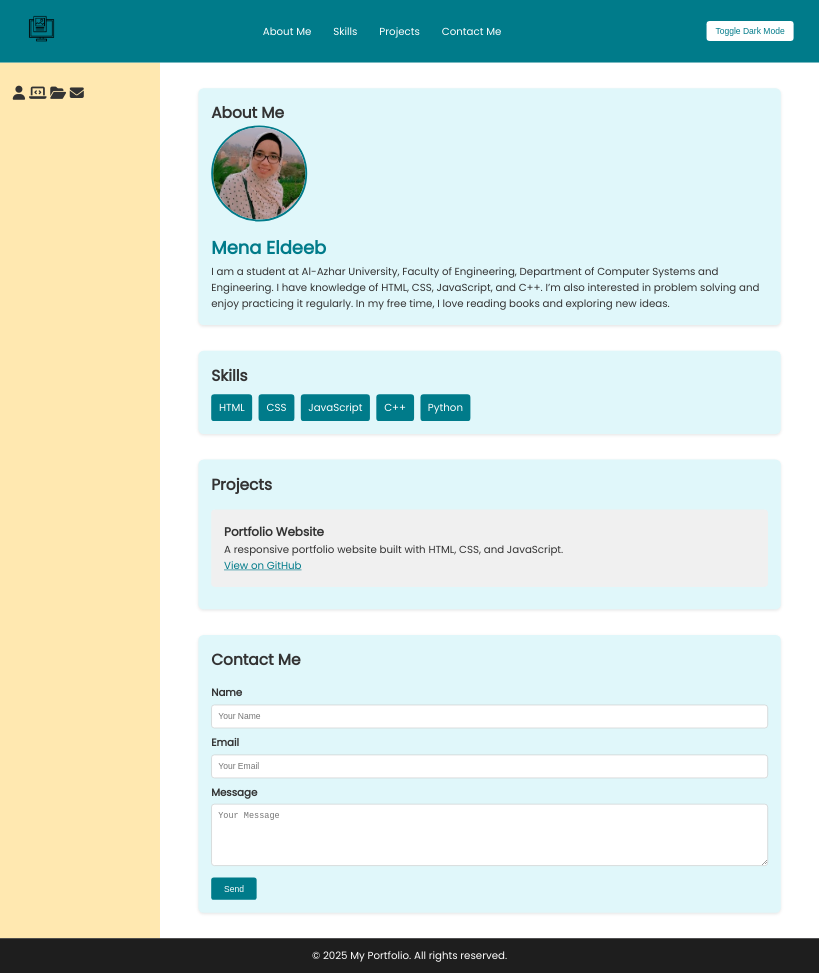
Repository: MenaEldeeb/My-Portfolio
Page: index.html
The author's editor kept a copy of each file at every save. The page is drawn from the files as they stood at one save, then again after the next save.
The browser window is 1280 px wide. The pictures show the whole page, at 64% of full size.
Some icons come from a web library that is not loaded, so they are not drawn.

Above is the page before, as saved 2025-07-16 21:37:23.

### index.html
<!DOCTYPE html>
<html lang="en">
<head>
  <meta charset="UTF-8" />
  <meta name="viewport" content="width=device-width, initial-scale=1" />
  <title>Mena Eldeeb</title>

  <!-- Google Font -->
  <link href="https://fonts.googleapis.com/css2?family=Poppins&display=swap" rel="stylesheet" />

  <!-- Font Awesome -->
  <link rel="stylesheet" href="https://cdnjs.cloudflare.com/ajax/libs/font-awesome/6.4.0/css/all.min.css" />
  <link rel="stylesheet" href="CSS/style.css">

  <meta name="description" content="Mena Eldeeb's personal portfolio showcasing web development skills and projects." />
</head>
<body>
  <div id="container">

    <!-- Header -->
    <header id="hd">
      <div class="logo">
        <img src="images/logo.png" alt="Logo" />
      </div>

      <nav class="nav-text">
        <a href="#about">About Me</a>
        <a href="#skills">Skills</a>
        <a href="#projects">Projects</a>
        <a href="#contact">Contact Me</a>
      </nav>

      <button id="theme-toggle">Toggle Dark Mode</button>
    </header>

    <!-- Sidebar -->
    <aside id="sd">
      <nav class="icon-nav">
        <a href="#about" title="About Me" aria-label="About Me"><i class="fas fa-user"></i></a>
        <a href="#skills" title="Skills" aria-label="Skills"><i class="fas fa-laptop-code"></i></a>
        <a href="#projects" title="Projects" aria-label="Projects"><i class="fas fa-folder-open"></i></a>
        <a href="#contact" title="Contact Me" aria-label="Contact Me"><i class="fas fa-envelope"></i></a>
      </nav>
    </aside>

    <!-- Main Content -->
    <main id="mn">
      <!-- About Me -->
      <section id="about">
        <h2>About Me</h2>
        <div class="about-content">
          <img src="images/Mena.jpg" alt="Mena Eldeeb" class="profile-img" />
          <div>
            <h1 class="my-name">Mena Eldeeb</h1>
            <p>
              I am a student at Al-Azhar University, Faculty of Engineering, Department of Computer Systems and Engineering.
              I have knowledge of HTML, CSS, JavaScript, and C++. I’m also interested in problem solving and enjoy practicing it regularly.
              In my free time, I love reading books and exploring new ideas.
            </p>
          </div>
        </div>
      </section>

      <!-- Skills -->
      <section id="skills">
        <h2>Skills</h2>
        <ul>
          <li>HTML</li>
          <li>CSS</li>
          <li>JavaScript</li>
          <li>C++</li>
          <li>Python</li>

        </ul>
      </section>

      <!-- Projects -->
      <section id="projects">
        <h2>Projects</h2>
        <div class="projects-container">
          <div class="project-card">
            <h3>Portfolio Website</h3>
            <p>A responsive portfolio website built with HTML, CSS, and JavaScript.</p>
            <a href="https://github.com/MenaEldeeb/My-PORTOFOLIO.git" target="_blank" rel="noopener noreferrer">View on GitHub</a>
          </div>
        </div>
      </section>

      <!-- Contact Me -->
      <section id="contact">
        <h2>Contact Me</h2>

        <div class="contact-info">

        </div>

        <form id="contact-form" method="POST" action="https://formsubmit.co/menaeldeeb98@gmail.com">
          <!-- Disable captcha -->
          <input type="hidden" name="_captcha" value="false" />
          <!-- You can add other hidden inputs for formsubmit if needed -->

          <label for="name">Name</label>
          <input type="text" id="name" name="name" placeholder="Your Name" required />

          <label for="email">Email</label>
          <input type="email" id="email" name="email" placeholder="Your Email" required />

          <label for="message">Message</label>
          <textarea id="message" name="message" placeholder="Your Message" rows="5" required></textarea>

          <button type="submit">Send</button>
        </form>

        <p id="form-status" style="color: green; margin-top: 10px; display: none;"></p>
      </section>
    </main>

    <!-- Footer -->
    <footer id="ft">
      &copy; 2025 My Portfolio. All rights reserved.
    </footer>
  </div>

  <script>
    // Dark Mode Toggle
    const toggleBtn = document.getElementById('theme-toggle');
    toggleBtn.addEventListener('click', () => {
      document.body.classList.toggle('dark-mode');
    });

    // Handle form submission with fetch to prevent page reload
    const form = document.getElementById('contact-form');
    const status = document.getElementById('form-status');

    form.addEventListener('submit', e => {
      e.preventDefault();

      const formData = new FormData(form);

      fetch(form.action, {
        method: 'POST',
        body: formData,
        headers: {
          'Accept': 'application/json'
        }
      }).then(response => {
        if (response.ok) {
          status.style.color = 'green';
          status.textContent = 'Thank you! Your message has been sent.';
          status.style.display = 'block';
          form.reset();
        } else {
          return response.json().then(data => {
            if (Object.hasOwn(data, 'errors')) {
              status.style.color = 'red';
              status.textContent = data["errors"].map(error => error.message).join(", ");
            } else {
              status.style.color = 'red';
              status.textContent = 'Oops! There was a problem submitting your form';
            }
            status.style.display = 'block';
          });
        }
      }).catch(error => {
        status.style.color = 'red';
        status.textContent = 'Oops! There was a problem submitting your form';
        status.style.display = 'block';
      });
    });
  </script>
</body>
</html>

### CSS/style.css
/* ========== Reset ========== */
* {
  margin: 0;
  padding: 0;
  box-sizing: border-box;
}

/* ========== Global Styles ========== */
body {
  font-family: 'Poppins', sans-serif;
  background-color: #f5f7fa;
  color: #333;
  line-height: 1.6;
}

/* ========== Layout ========== */
#container {
  display: grid;
  grid-template-areas:
    "hd"
    "mn"
    "sd"
    "ft";
  grid-template-columns: 1fr;
  grid-template-rows: auto;
  min-height: 100vh;
}

/* ========== Header ========== */
#hd {
  grid-area: hd;
  background-color: #007b8a;
  color: white;
  display: flex;
  justify-content: space-between;
  align-items: center;
  flex-wrap: wrap;
  padding: 20px;
}

.logo img {
  height: 50px;
}

.nav-text a {
  color: white;
  text-decoration: none;
  margin: 0 15px;
  font-weight: 500;
  transition: color 0.3s;
}

.nav-text a:hover {
  color: #ffd580;
}

#theme-toggle {
  background-color: white;
  color: #007b8a;
  border: none;
  padding: 8px 14px;
  border-radius: 5px;
  cursor: pointer;
  transition: background 0.3s;
}

#theme-toggle:hover {
  background-color: #eee;
}

/* ========== Sidebar ========== */
#sd {
  grid-area: sd;
  background-color: #ffe8b0;
  display: flex;
  justify-content: center;
  gap: 20px;
  padding: 20px;
  font-size: 20px;
}

.icon-nav a {
  color: #333;
  transition: color 0.3s;
}

.icon-nav a:hover {
  color: #007b8a;
}

/* ========== Main Content ========== */
#mn {
  grid-area: mn;
  padding: 30px 20px;
  background-color: #fff;
}

/* ========== Section Styling (About, Skills, Projects, Contact) ========== */
#about, #skills, #projects, #contact {
  background-color: #e0f7fa;
  border-radius: 8px;
  padding: 20px;
  margin-bottom: 40px;
  box-shadow: 0 2px 5px rgba(0,0,0,0.1);
}

#contact {
  margin-bottom: 0;
}

/* ========== About ========== */
.about-content {
  display: flex;
  gap: 20px;
  align-items: center;
  flex-wrap: wrap;
}

.profile-img {
  width: 150px;
  height: 150px;
  border-radius: 50%;
  object-fit: cover;
  border: 3px solid #007b8a;
}

.my-name {
  font-size: 28px;
  color: #007b8a;
}

/* ========== Skills ========== */
#skills ul {
  list-style: none;
  display: flex;
  flex-wrap: wrap;
  gap: 10px;
  margin-top: 10px;
}

#skills li {
  background-color: #007b8a;
  color: white;
  padding: 8px 12px;
  border-radius: 5px;
}

/* ========== Projects ========== */
.projects-container {
  margin-top: 20px;
}

.project-card {
  background-color: #f0f0f0;
  padding: 20px;
  border-radius: 6px;
  margin-bottom: 15px;
}

.project-card a {
  color: #007b8a;
  text-decoration: underline;
}

/* ========== Contact ========== */
.contact-info p {
  margin-bottom: 5px;
  font-weight: 500;
}

form {
  margin-top: 20px;
}

form label {
  display: block;
  margin-bottom: 5px;
  font-weight: bold;
}

form input,
form textarea {
  width: 100%;
  padding: 10px;
  margin-bottom: 10px;
  border: 1px solid #ccc;
  border-radius: 5px;
}

form button {
  background-color: #007b8a;
  color: white;
  padding: 10px 20px;
  border: none;
  border-radius: 4px;
  cursor: pointer;
}

form button:hover {
  background-color: #005f6b;
}

/* ========== Footer ========== */
#ft {
  grid-area: ft;
  background-color: #1e1e1e;
  color: white;
  text-align: center;
  padding: 15px 0;
}

/* ========== Dark Mode ========== */
body.dark-mode {
  background-color: #121212;
  color: #f1f1f1;
}

body.dark-mode #hd,
body.dark-mode #ft {
  background-color: #1e1e1e;
  color: #f1f1f1;
}

body.dark-mode #mn {
  background-color: #1a1a1a;
}

body.dark-mode #about,
body.dark-mode #skills,
body.dark-mode #projects,
body.dark-mode #contact {
  background-color: #2a2a2a;
  box-shadow: none;
}

body.dark-mode .project-card {
  background-color: #3a3a3a;
  border-color: #555;
}

body.dark-mode form input,
body.dark-mode form textarea {
  background-color: #333;
  color: white;
  border: 1px solid #555;
}

body.dark-mode .nav-text a,
body.dark-mode .icon-nav a {
  color: #90caf9;
}

/* ========== Responsive Design ========== */

/* Small screens — Mobile */
@media (max-width: 768px) {
  #hd {
    flex-direction: column;
    gap: 10px;
    text-align: center;
  }

  .about-content {
    flex-direction: column;
    text-align: center;
  }

  #skills ul {
    justify-content: center;
  }

  #sd {
    flex-wrap: wrap;
  }
}

/* Medium screens — Tablets */
@media (min-width: 769px) and (max-width: 1023px) {
  #container {
    grid-template-areas:
      "hd"
      "sd"
      "mn"
      "ft";
    grid-template-columns: 1fr;
    grid-template-rows: auto auto 1fr auto;
  }

  #hd {
    padding: 20px 40px;
  }

  #sd {
    justify-content: flex-start;
    gap: 30px;
    font-size: 22px;
    padding: 20px 40px;
  }

  #mn {
    padding: 40px 40px;
  }
}

/* Large screens — Desktop and above */
@media (min-width: 1024px) {
  #container {
    grid-template-areas:
      "hd hd"
      "sd mn"
      "ft ft";
    grid-template-columns: 250px 1fr;
    grid-template-rows: auto 1fr auto;
    min-height: 100vh;
  }

  #hd {
    padding: 20px 40px;
  }

  #sd {
    flex-direction: column;
    justify-content: flex-start;
    align-items: flex-start;
    gap: 20px;
    padding: 30px 20px;
    font-size: 22px;
  }

  #mn {
    padding: 40px 60px;
    background-color: #fff;
  }
}

After the next save:
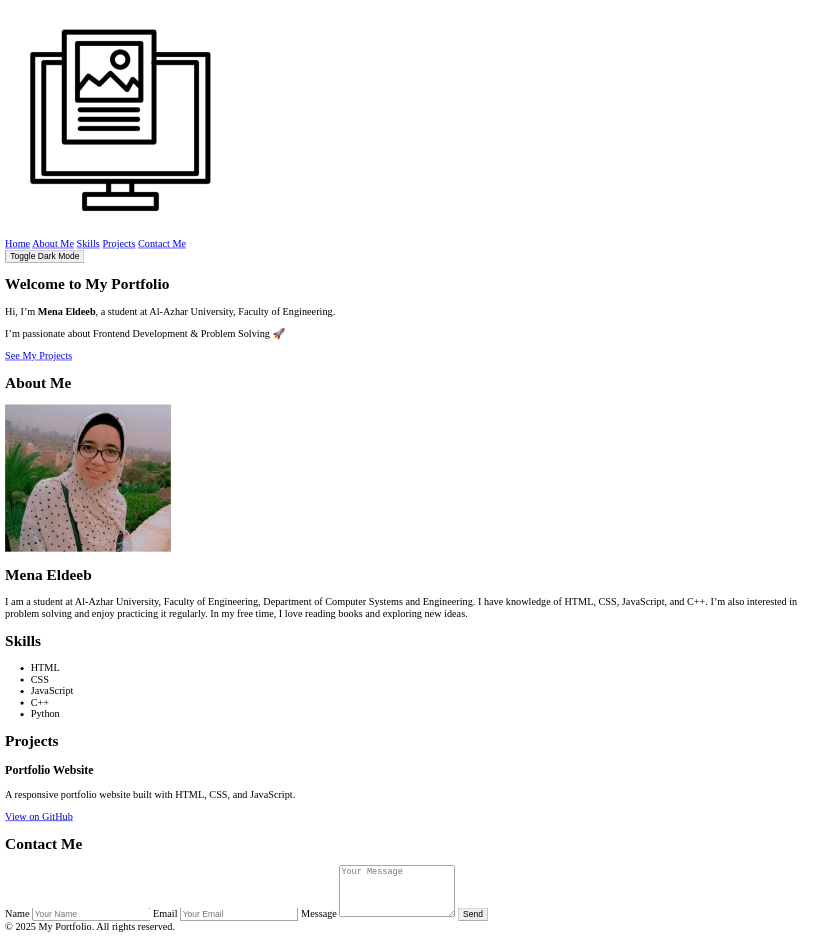
Not found: style.css
Saved 34 days later.
--- a/index.html
+++ b/index.html
@@ -2,17 +2,11 @@
 <html lang="en">
 <head>
   <meta charset="UTF-8" />
-  <meta name="viewport" content="width=device-width, initial-scale=1" />
-  <title>Mena Eldeeb</title>
-
-  <!-- Google Font -->
-  <link href="https://fonts.googleapis.com/css2?family=Poppins&display=swap" rel="stylesheet" />
-
-  <!-- Font Awesome -->
-  <link rel="stylesheet" href="https://cdnjs.cloudflare.com/ajax/libs/font-awesome/6.4.0/css/all.min.css" />
-  <link rel="stylesheet" href="CSS/style.css">
-
-  <meta name="description" content="Mena Eldeeb's personal portfolio showcasing web development skills and projects." />
+  <meta name="viewport" content="width=device-width, initial-scale=1.0" />
+  <title>My Portfolio</title>
+  <link rel="stylesheet" href="style.css" />
+  <!-- Font Awesome Icons -->
+  <script src="https://kit.fontawesome.com/your-code.js" crossorigin="anonymous"></script>
 </head>
 <body>
   <div id="container">
@@ -24,6 +18,7 @@
       </div>
 
       <nav class="nav-text">
+        <a href="#home">Home</a>
         <a href="#about">About Me</a>
         <a href="#skills">Skills</a>
         <a href="#projects">Projects</a>
@@ -36,6 +31,7 @@
     <!-- Sidebar -->
     <aside id="sd">
       <nav class="icon-nav">
+        <a href="#home" title="Home" aria-label="Home"><i class="fas fa-home"></i></a>
         <a href="#about" title="About Me" aria-label="About Me"><i class="fas fa-user"></i></a>
         <a href="#skills" title="Skills" aria-label="Skills"><i class="fas fa-laptop-code"></i></a>
         <a href="#projects" title="Projects" aria-label="Projects"><i class="fas fa-folder-open"></i></a>
@@ -45,11 +41,22 @@
 
     <!-- Main Content -->
     <main id="mn">
+
+      <!-- Home -->
+      <section id="home">
+        <div class="home-content">
+          <h1>Welcome to My Portfolio</h1>
+          <p>Hi, I’m <strong>Mena Eldeeb</strong>, a student at Al-Azhar University, Faculty of Engineering.</p>
+          <p>I’m passionate about Frontend Development & Problem Solving 🚀</p>
+          <a href="#projects" class="btn">See My Projects</a>
+        </div>
+      </section>
+
       <!-- About Me -->
       <section id="about">
         <h2>About Me</h2>
         <div class="about-content">
-          <img src="images/Mena.jpg" alt="Mena Eldeeb" class="profile-img" />
+          <img src="images/Mena.jpg" alt="Profile picture of Mena Eldeeb" class="profile-img" />
           <div>
             <h1 class="my-name">Mena Eldeeb</h1>
             <p>
@@ -70,7 +77,6 @@
           <li>JavaScript</li>
           <li>C++</li>
           <li>Python</li>
-
         </ul>
       </section>
 
@@ -89,15 +95,8 @@
       <!-- Contact Me -->
       <section id="contact">
         <h2>Contact Me</h2>
-
-        <div class="contact-info">
-
-        </div>
-
         <form id="contact-form" method="POST" action="https://formsubmit.co/menaeldeeb98@gmail.com">
-          <!-- Disable captcha -->
           <input type="hidden" name="_captcha" value="false" />
-          <!-- You can add other hidden inputs for formsubmit if needed -->
 
           <label for="name">Name</label>
           <input type="text" id="name" name="name" placeholder="Your Name" required />
@@ -110,7 +109,6 @@
 
           <button type="submit">Send</button>
         </form>
-
         <p id="form-status" style="color: green; margin-top: 10px; display: none;"></p>
       </section>
     </main>
@@ -128,21 +126,18 @@
       document.body.classList.toggle('dark-mode');
     });
 
-    // Handle form submission with fetch to prevent page reload
+    // Handle form submission
     const form = document.getElementById('contact-form');
     const status = document.getElementById('form-status');
 
     form.addEventListener('submit', e => {
       e.preventDefault();
-
       const formData = new FormData(form);
 
       fetch(form.action, {
         method: 'POST',
         body: formData,
-        headers: {
-          'Accept': 'application/json'
-        }
+        headers: { 'Accept': 'application/json' }
       }).then(response => {
         if (response.ok) {
           status.style.color = 'green';
@@ -151,17 +146,12 @@
           form.reset();
         } else {
           return response.json().then(data => {
-            if (Object.hasOwn(data, 'errors')) {
-              status.style.color = 'red';
-              status.textContent = data["errors"].map(error => error.message).join(", ");
-            } else {
-              status.style.color = 'red';
-              status.textContent = 'Oops! There was a problem submitting your form';
-            }
+            status.style.color = 'red';
+            status.textContent = data.errors ? data.errors.map(e => e.message).join(", ") : 'Oops! There was a problem submitting your form';
             status.style.display = 'block';
           });
         }
-      }).catch(error => {
+      }).catch(() => {
         status.style.color = 'red';
         status.textContent = 'Oops! There was a problem submitting your form';
         status.style.display = 'block';
--- a/CSS/style.css
+++ b/CSS/style.css
@@ -11,7 +11,60 @@
   background-color: #f5f7fa;
   color: #333;
   line-height: 1.6;
-}
+
+}/* ========== Home Section ========== */
+#home {
+  height: 100vh; /* ياخد الشاشة بالكامل */
+  display: flex;
+  justify-content: center;
+  align-items: center;
+  text-align: center;
+  background: linear-gradient(to right, #74ebd5, #9face6);
+  color: #333;
+  padding: 20px;
+}
+
+#home h1 {
+  font-size: 3rem;
+  margin-bottom: 1rem;
+  color: #007b8a;
+}
+
+#home p {
+  font-size: 1.2rem;
+  margin-bottom: 1.5rem;
+}
+
+#home .btn {
+  display: inline-block;
+  padding: 12px 24px;
+  background: #007b8a;
+  color: #fff;
+  border-radius: 8px;
+  text-decoration: none;
+  font-weight: bold;
+  transition: background 0.3s, transform 0.2s;
+}
+
+#home .btn:hover {
+  background: #005f6b;
+  transform: scale(1.05);
+}
+
+/* Dark Mode Home */
+body.dark-mode #home {
+  background: linear-gradient(to right, #1e1e1e, #333);
+  color: #f1f1f1;
+}
+
+body.dark-mode #home h1 {
+  color: #90caf9;
+}
+
+
+
+
+
 
 /* ========== Layout ========== */
 #container {

After the 2 saves that followed:
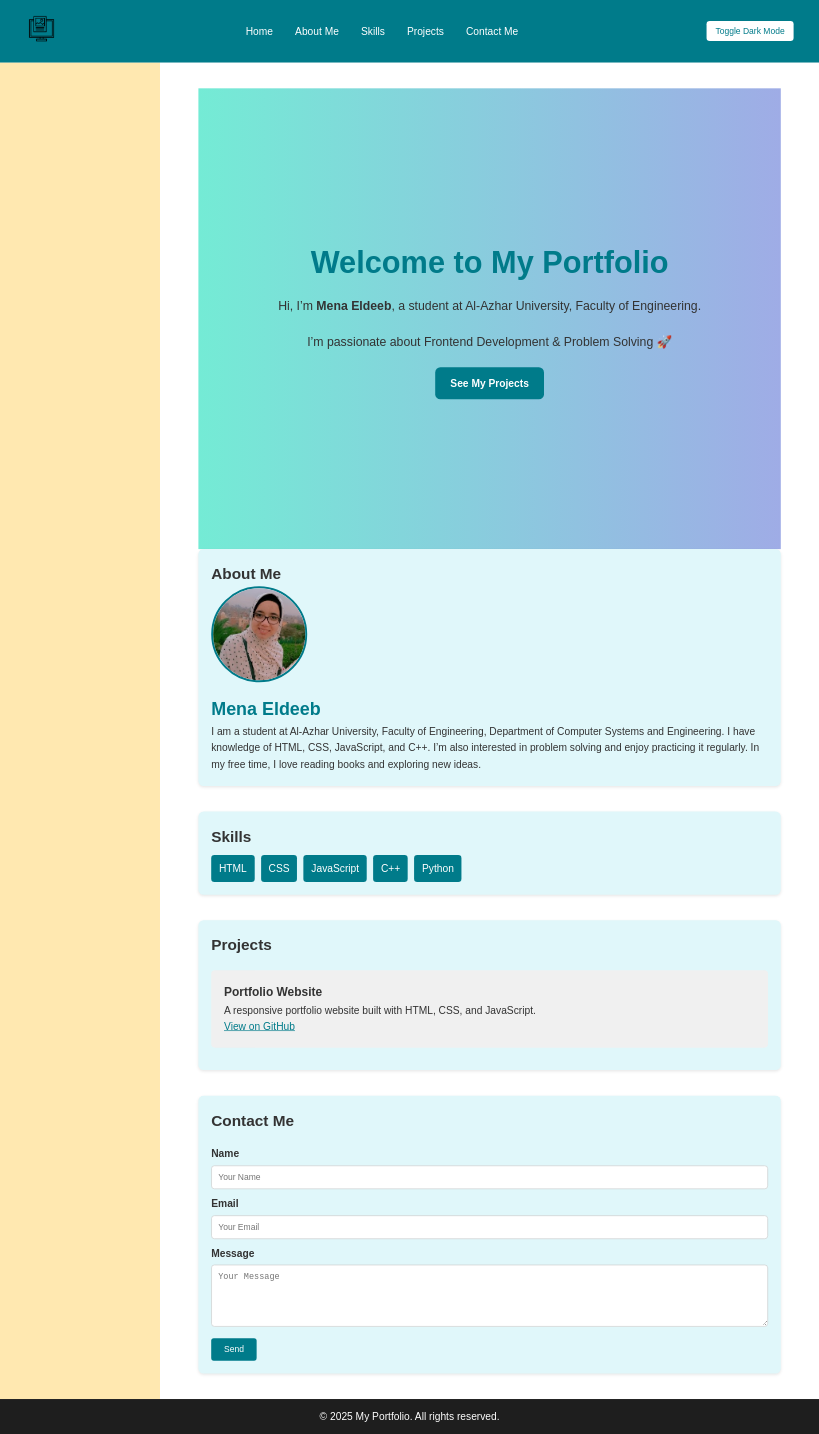
The 2 saves are shown as one change because 1 left the picture as it was.
The last was saved 117 s later.
--- a/index.html
+++ b/index.html
@@ -4,7 +4,7 @@
   <meta charset="UTF-8" />
   <meta name="viewport" content="width=device-width, initial-scale=1.0" />
   <title>My Portfolio</title>
-  <link rel="stylesheet" href="style.css" />
+<link rel="stylesheet" href="CSS/style.css">
   <!-- Font Awesome Icons -->
   <script src="https://kit.fontawesome.com/your-code.js" crossorigin="anonymous"></script>
 </head>
